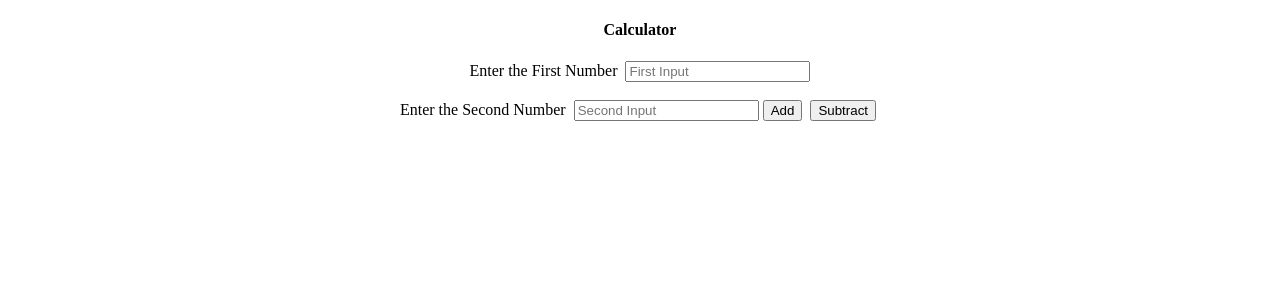
Repository: Shreyash1107/Intern_Projects
Page: Calculator/src/main/webapp/Calculator.html
The author's editor kept a copy of each file at every save. The page is drawn from the files as they stood at one save, then again after the next save.
The browser window is 1280 px wide. The pictures show the whole page.

Above is the page before, as saved 2024-07-03 10:11:39.

### Calculator/src/main/webapp/Calculator.html
<!DOCTYPE html>
<html>
<head>
<meta charset="ISO-8859-1">
<title>Calculator</title>
</head>
<body>
		<center>
			<form>
				<div class="wrapper">
			<h4>Calculator</h4>
			<div class="container">
					<tr>
					<td>Enter the First Number</td>&nbsp;
						<td><input type="number" name="First" value="" placeholder="First Input"</td>
					</tr>
					<br><br>
					<tr>
						<td>Enter the Second Number</td>&nbsp;
						<td><input type="number" name="Second" value="" placeholder="Second Input"</td>
					</tr>
					<input type="submit" name="a" value="Add">&nbsp;
					<input type="submit" name="b" value="Subtract">&nbsp;
			</div>
		</div>
			</form>
		</center>
</body>
</html>

After the next save:
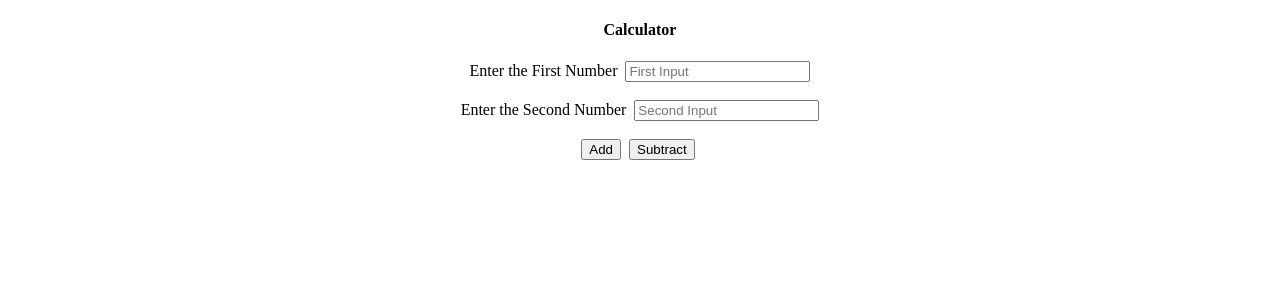
Saved 10 s later.
--- a/Calculator/src/main/webapp/Calculator.html
+++ b/Calculator/src/main/webapp/Calculator.html
@@ -19,6 +19,7 @@
 						<td>Enter the Second Number</td>&nbsp;
 						<td><input type="number" name="Second" value="" placeholder="Second Input"</td>
 					</tr>
+					<br><br>
 					<input type="submit" name="a" value="Add">&nbsp;
 					<input type="submit" name="b" value="Subtract">&nbsp;
 			</div>

After the save that followed:
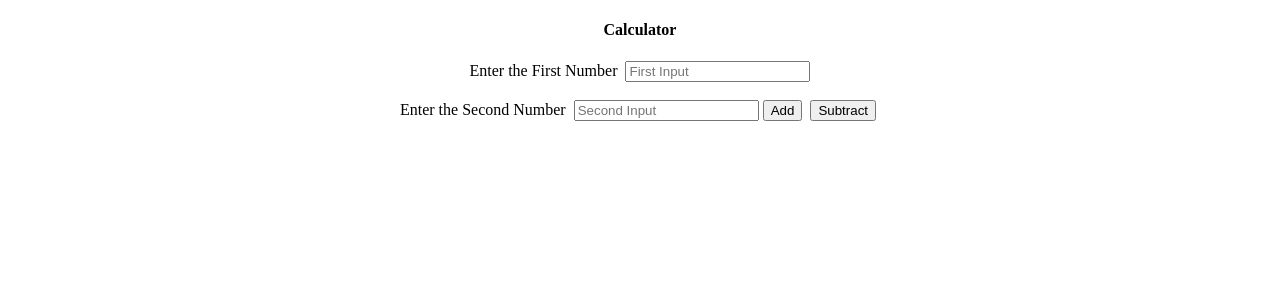
Saved 14 s later.
--- a/Calculator/src/main/webapp/Calculator.html
+++ b/Calculator/src/main/webapp/Calculator.html
@@ -19,7 +19,7 @@
 						<td>Enter the Second Number</td>&nbsp;
 						<td><input type="number" name="Second" value="" placeholder="Second Input"</td>
 					</tr>
-					<br><br>
+
 					<input type="submit" name="a" value="Add">&nbsp;
 					<input type="submit" name="b" value="Subtract">&nbsp;
 			</div>
